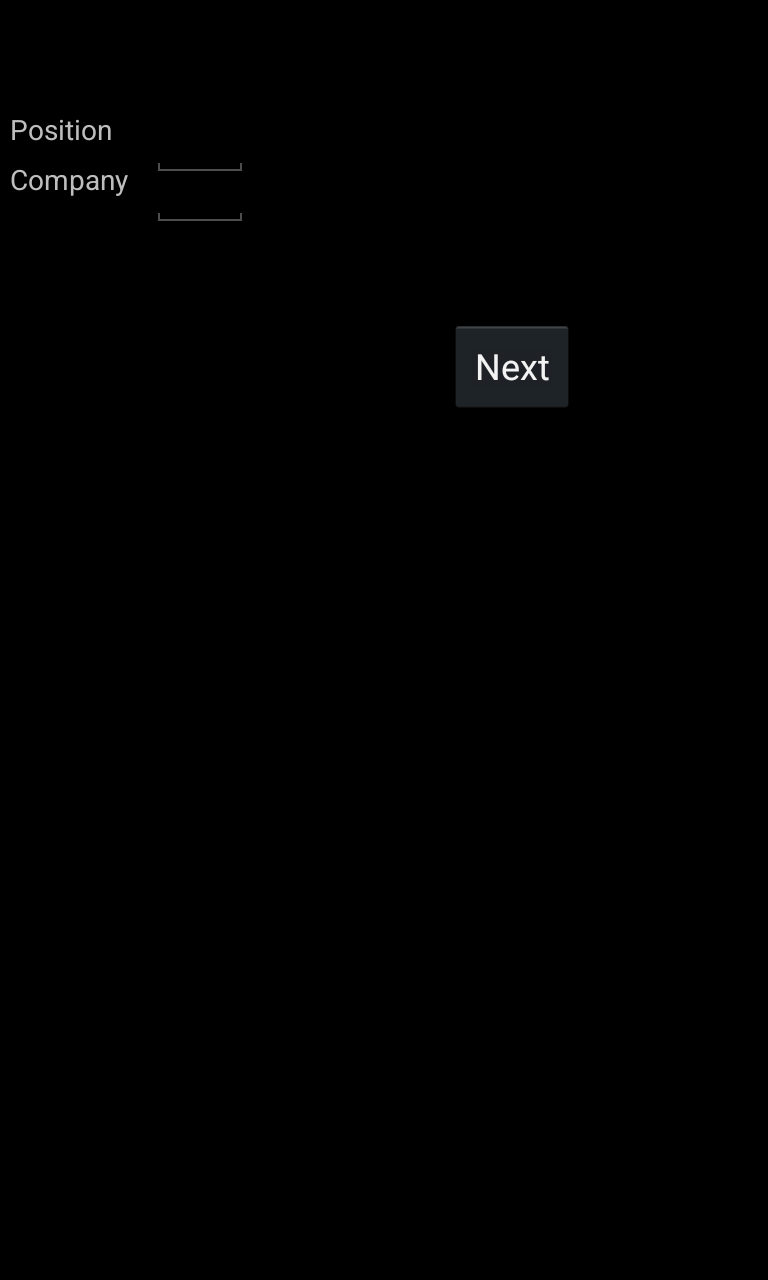
Repository: MobileAffairsLTD/AndroidDemos
Layout: 2.UI_Toast_Alert/res/layout/main.xml
An editor plug-in stored every save of this project. The layout is shown before and after the next save, followed by the edit.
It is drawn on a 768 x 1280 px phone screen (xhdpi) without system bars, with theme android:Theme.Holo; the app's code is not run.

Above is the layout before, as saved 2012-04-17 20:35:39.

### 2.UI_Toast_Alert/res/layout/main.xml
	<AbsoluteLayout xmlns:android="http://schemas.android.com/apk/res/android"
	    android:layout_width="fill_parent"
	    android:layout_height="fill_parent">
	    <TextView
	    	android:layout_x="10px"
	    	android:layout_y="110px"
	    	android:text="Position"
	    	android:layout_width="wrap_content"
	    	android:layout_height="wrap_content" />
	    <EditText
	    	android:layout_x="150px"
	    	android:layout_y="100px"
	    	android:width="100px"
	    	android:layout_width="wrap_content"
	    	android:layout_height="wrap_content" />
	    <TextView
	    	android:layout_x="10px"
	    	android:layout_y="160px"
	    	android:text="Company"
	    	android:layout_width="wrap_content"
	    	android:layout_height="wrap_content" />
	    	<EditText
	    	android:layout_x="150px"
	    	android:layout_y="150px"
	    	android:width="100px"
	    	android:layout_width="wrap_content"
	    	android:layout_height="wrap_content" />
	    	<Button
	    	    android:id="@+id/nextbutton"
	    	    android:layout_width="wrap_content"
	    	    android:layout_height="wrap_content"
	    	    android:layout_x="224dp"
	    	    android:layout_y="159dp"
	    	    android:text="Next" />
	</AbsoluteLayout>

After the next save:
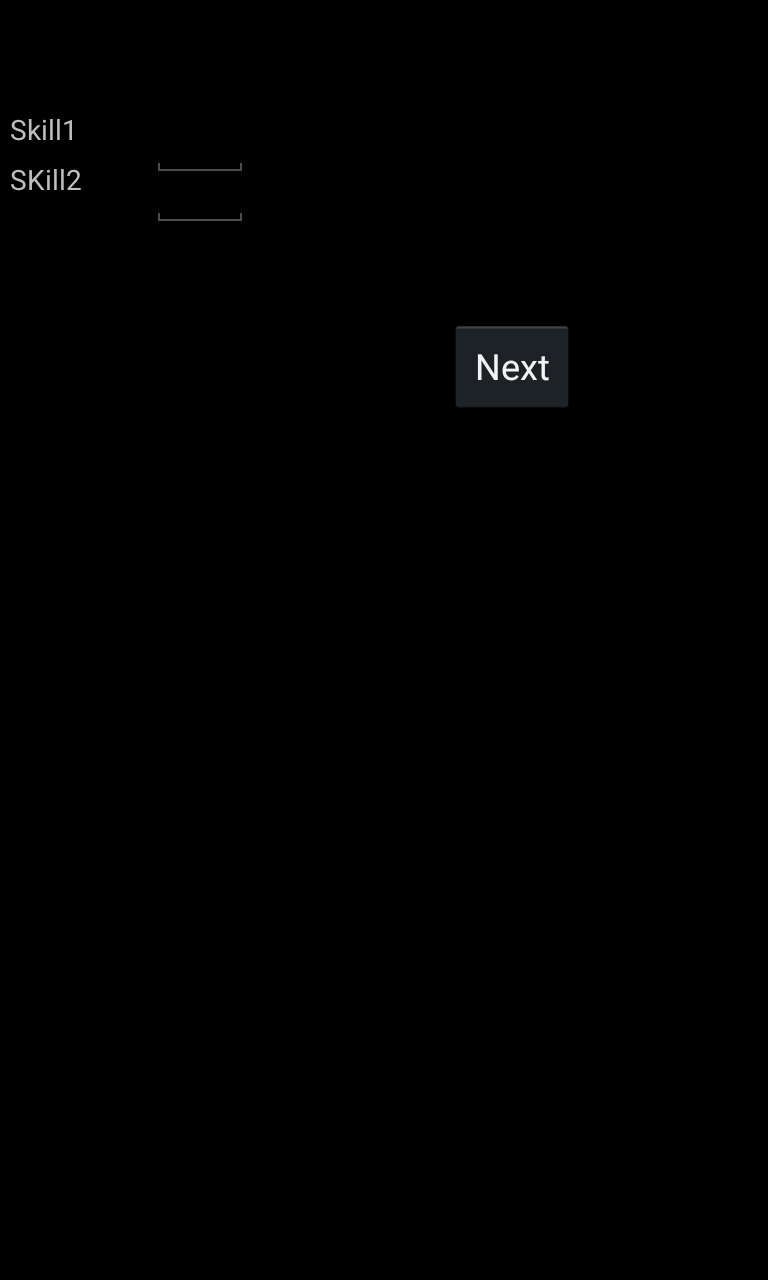
Saved 31 min 17 s later.
--- a/2.UI_Toast_Alert/res/layout/main.xml
+++ b/2.UI_Toast_Alert/res/layout/main.xml
@@ -4,7 +4,7 @@
 	    <TextView
 	    	android:layout_x="10px"
 	    	android:layout_y="110px"
-	    	android:text="Position"
+	    	android:text="Skill1"
 	    	android:layout_width="wrap_content"
 	    	android:layout_height="wrap_content" />
 	    <EditText
@@ -16,7 +16,7 @@
 	    <TextView
 	    	android:layout_x="10px"
 	    	android:layout_y="160px"
-	    	android:text="Company"
+	    	android:text="SKill2"
 	    	android:layout_width="wrap_content"
 	    	android:layout_height="wrap_content" />
 	    	<EditText
